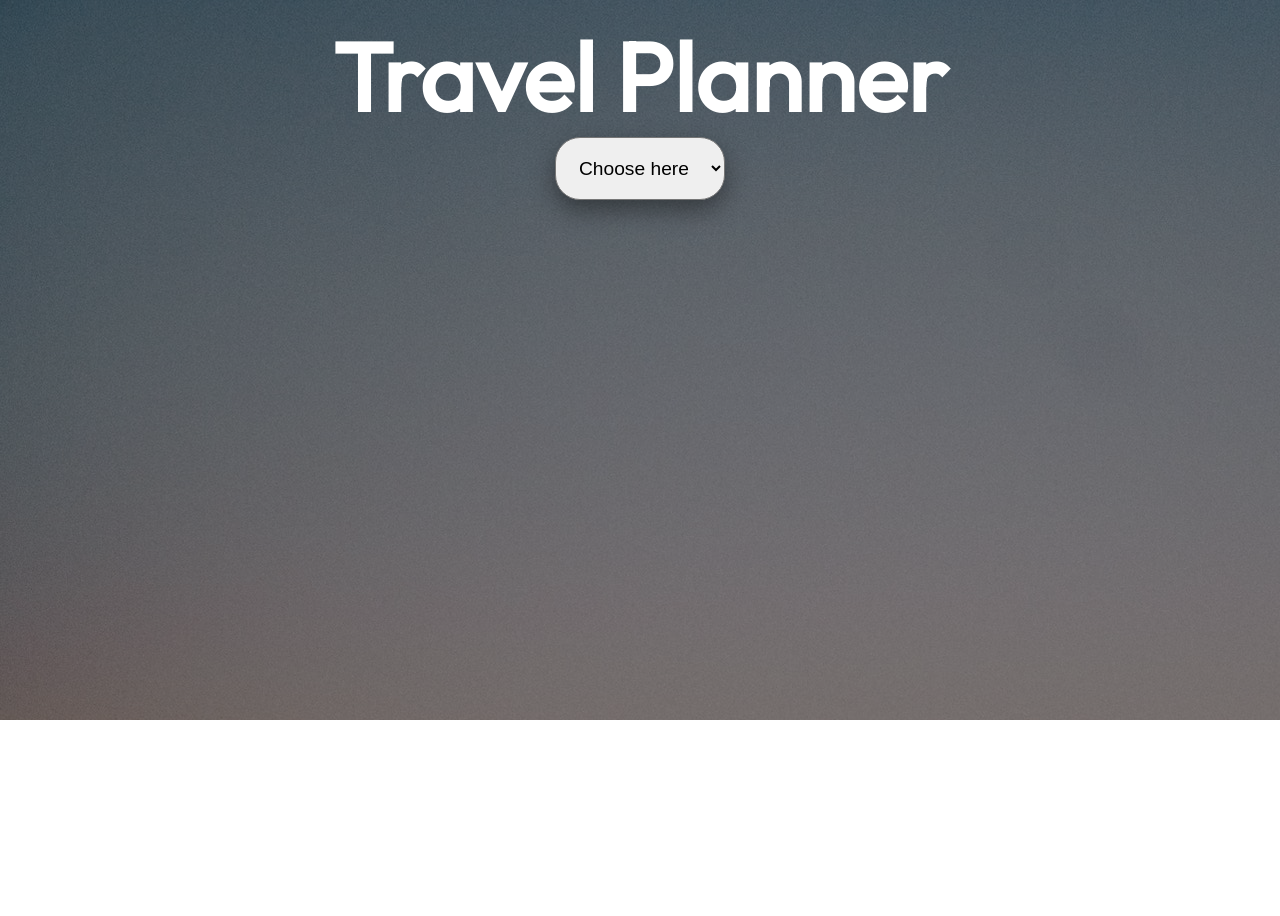
Repository: CPSC2720-LAB-GRP/Travel-Planner
Page: / (app in Travel Planner/client/)
The author's editor kept a copy of each file at every save. The page is drawn from the files as they stood at one save, then again after the next save.
The browser window is 1280 px wide. The pictures show the whole page.
The page's requests for data from a server got no answer. The project was rebuilt for these pictures with package versions that can differ from the ones it lists, and the page was loaded fresh each time. No one was signed in, and anything a server would have sent is missing.

Above is the page before, as saved 2022-08-01 15:54:41.

### Travel Planner/client/src/index.css
@import url('https://fonts.googleapis.com/css2?family=Outfit&display=swap');


* {
  box-sizing: border-box;
  margin: 0;
  padding: 0;
}

body {
  margin: 0;
  font-family: 'Outfit', 'Segoe UI', 'Roboto', 'Oxygen',
    'Ubuntu', 'Cantarell', 'Fira Sans', 'Droid Sans', 'Helvetica Neue',
    sans-serif;
  -webkit-font-smoothing: antialiased;
  -moz-osx-font-smoothing: grayscale;
}

code {
  font-family: source-code-pro, Menlo, Monaco, Consolas, 'Courier New',
    monospace;
}

p {
    font-size: 1.6rem;
}

h1 {
    font-size: 6rem;
}

.app {
    width:100%;
    height: 100vh;
    position: relative;
    background-color: rgba(0, 0, 0, 0.4);
    color: #fff;
}

.app:before {
  content: '';
  background: url('./assets/picture.jpg');
  position: absolute;
  width: 100%;
  height: 100%;
  top: 0;
  left:0;
  z-index: -1;
}

.app .dropdown {
  text-align: center;
  padding: 1rem;
  font-size: 1.2rem;
  border-radius: 25px;
}

select {
  box-shadow: 0 10px 25px rgba(0, 0, 0, 0.4);
  font-size: 1.2rem;
  padding: 1em 1em;
  border-radius: 25px;
}

.app input {
  padding: .7rem 1.5rem;
  font-size: 1.2 rem;
  border-radius: 25px;
}

::placeholder {
  color: #f8f8f8;
}

.container {
  max-width: 700px;
  height: 700px;
  margin: auto;
  padding: 0 1rem;
  position: relative;
  top: 10%;
  display: flex;
  flex-direction: column;
  justify-content: space-between;
}

.app .top {
  width: 100%;
  margin: 1rem auto;
}

.app .bottom {
  display: flex;
  justify-content: space-evenly;
  text-align: center;
  width: 100%;
  margin: 1rem auto;
  padding: 1rem;
  border-radius: 12px;
  background-color: rgba(255, 255, 255, 0.2);
}

.bold {
  font-weight: 700;
}

### Travel Planner/client/src/App.js
import React, { useEffect, useState} from 'react'
import axios from 'axios'

function App() {

  //weather api
  let url = 'https://api.openweathermap.org/data/2.5/weather?q=toronto&appid=26fe08b75a89956ef8e86cf1e40c19a1&units=metric'

  //Location Data and setdata
  const [data, setData] = useState({})

  //location and set location
  const [location, setLocation] = useState(null)

  // get location from weather api
  const searchLocation = (event) => {
    axios.get(url).then((response) => {
      setData(response.data)
      console.log(response.data)
    })
    setLocation('')
  }

  //call backend API
  useEffect(() => {
    fetch("/api").then(
      response => response.json()
    ).then (
          data => {
            setCities(data.cities)
          }
    )
  }, [])

  //set backend data
  const [cities, setCities] = useState(null);

  //use state for dropdown
  const [value, setValue] = useState(null);

  //set city
  let foundCity = cities&&cities.find(e => e.id === parseInt(value));
 // url = 'https://api.openweathermap.org/data/2.5/weather?q=' + (foundCity.name) +'&appid=26fe08b75a89956ef8e86cf1e40c19a1&units=metric'

  if (foundCity != null) {
    console.log(foundCity.name);
    let test = 'https://api.openweathermap.org/data/2.5/weather?q=' + (foundCity.name) +'&appid=26fe08b75a89956ef8e86cf1e40c19a1&units=metric';
    console.log(test);
  }

  //handle change for dropdown and setting value and city descriptiion
  const handleChange = (e) => {
    setValue(e.target.value);

    searchLocation();
  };

  return (
    <div className="app">
            <div className="dropdown">
              <h1 >Travel Planner</h1>
              <div class="custom-select">
                  <select value={value} onChange={handleChange}>
              <option value="" selected disabled hidden>Choose here</option>
                {(!cities) ?(
                <p>Loading...</p>):
                (
                    cities.map((cities, i) => (
                    <option key={i} value={cities.id}>{cities.name}</option>
                ))
                )
              }
              </select>
              </div>
          </div>
          <div className="weatherApp">
            <div className="container">
              <div className="top">
                  <div className="location">
                  <h2>{foundCity && foundCity.name}</h2>
                  </div>
              <div className="temp">
                  {data.main ? <h1>{data.main.temp}°C</h1> :null}
              </div>
              <div className="description">
              <p>{foundCity && foundCity.description}</p>
              </div>
            </div>

              {data.name != undefined &&
                              <div className="bottom">
                              <div className="feels">
                                {data.main ? <p className="bold">{data.main.feels_like}°C</p> : null}
                                  <p>Feels Like</p>
                              </div>
                              <div className="humidity">
                              {data.main ? <p className="bold">{data.main.humidity}%</p> : null}
                            <p>Humidity</p>
                              </div>
                              <div className="wind">
                              {data.main ? <p className="bold">{data.wind.speed}  KMH</p> : null}
                                <p>Wind Speed</p>
                              </div>
                          </div>
              }
            </div>
          </div>
    </div>

  );
}

export default App

Loaded but not shown: Travel Planner/client/public/index.html (common file); Travel Planner/client/src/index.js (common file); Travel Planner/client/src/reportWebVitals.js (common file)

After the next save:
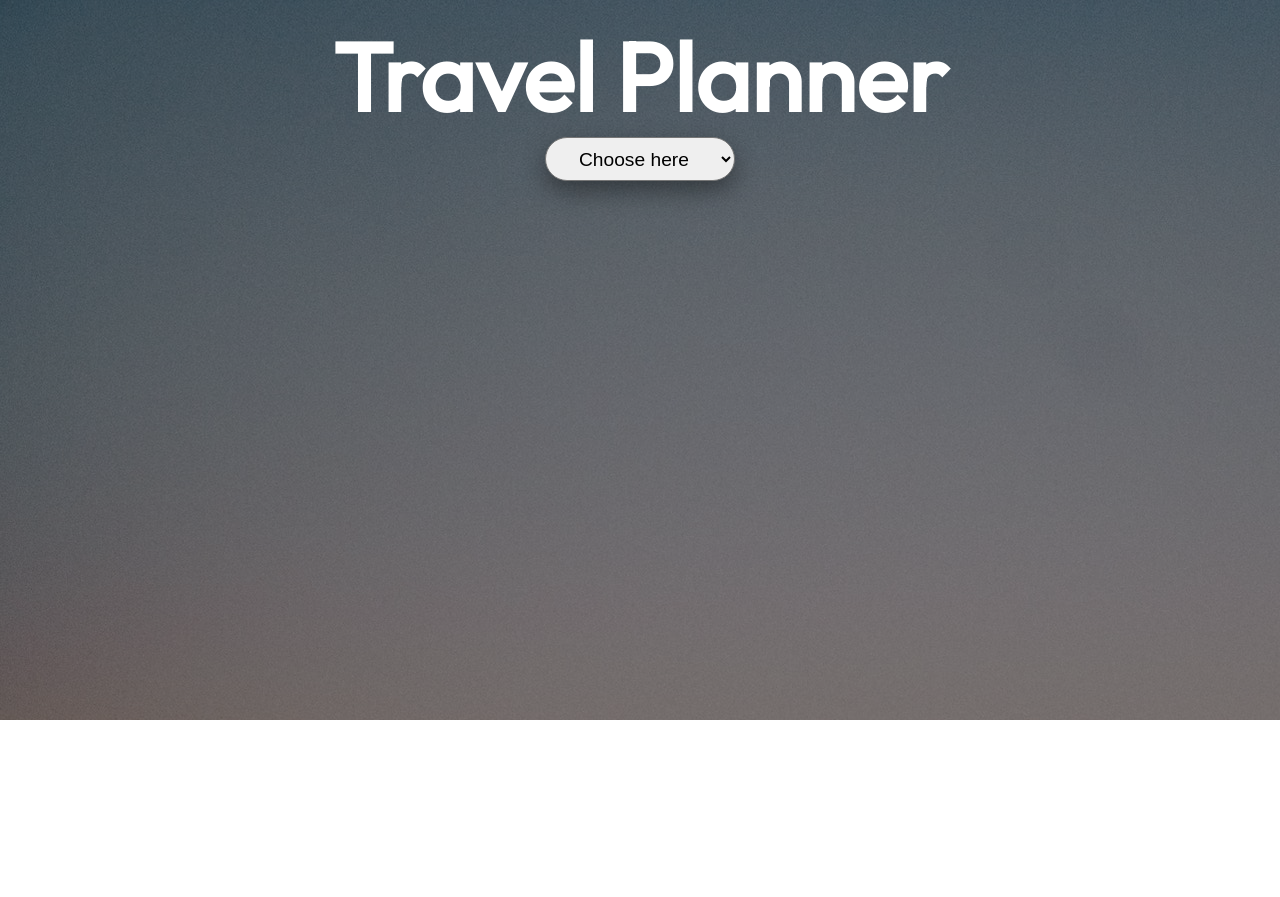
Saved 5 s later.
--- a/Travel Planner/client/src/index.css
+++ b/Travel Planner/client/src/index.css
@@ -58,7 +58,7 @@ h1 {
 select {
   box-shadow: 0 10px 25px rgba(0, 0, 0, 0.4);
   font-size: 1.2rem;
-  padding: 1em 1em;
+  padding: 0.5em 1.5em;
   border-radius: 25px;
 }
 
